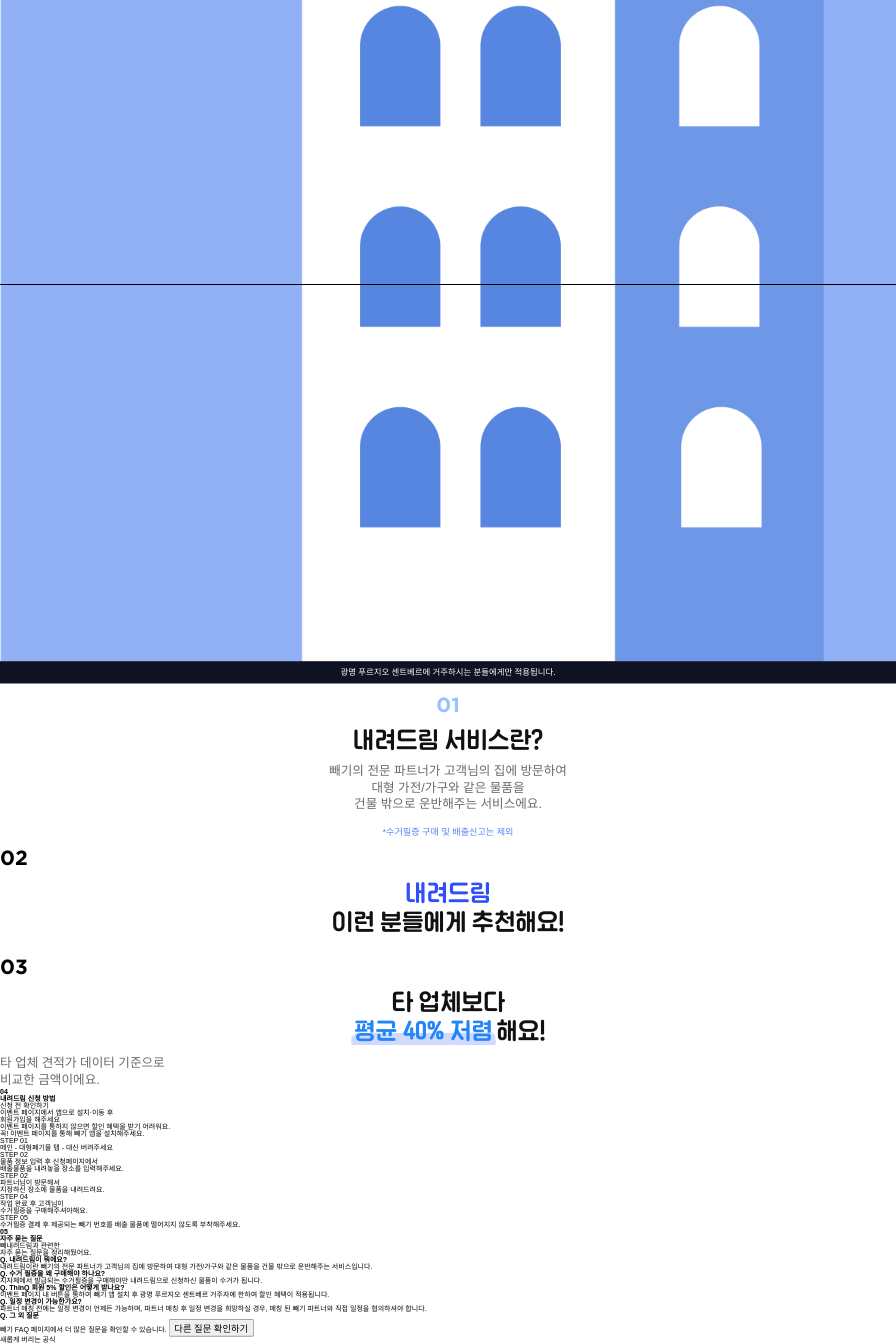
Repository: seraLeeDev/lgthinq-test
Page: index2.html
These files come from the project's save history. The page is drawn as it stood at one moment and after a run of saves; the edit follows.
The browser window is 1280 px wide. The pictures show the part of the page from y = 2498 to 4418 px (the page is 4418 px tall), at 70% of full size.
Some web fonts or font styles are not loaded; a fallback is used.

Above is the page before, as saved 2023-03-14 14:38:57.
Console error: ReferenceError: AOS is not defined

After the next 2 saves:
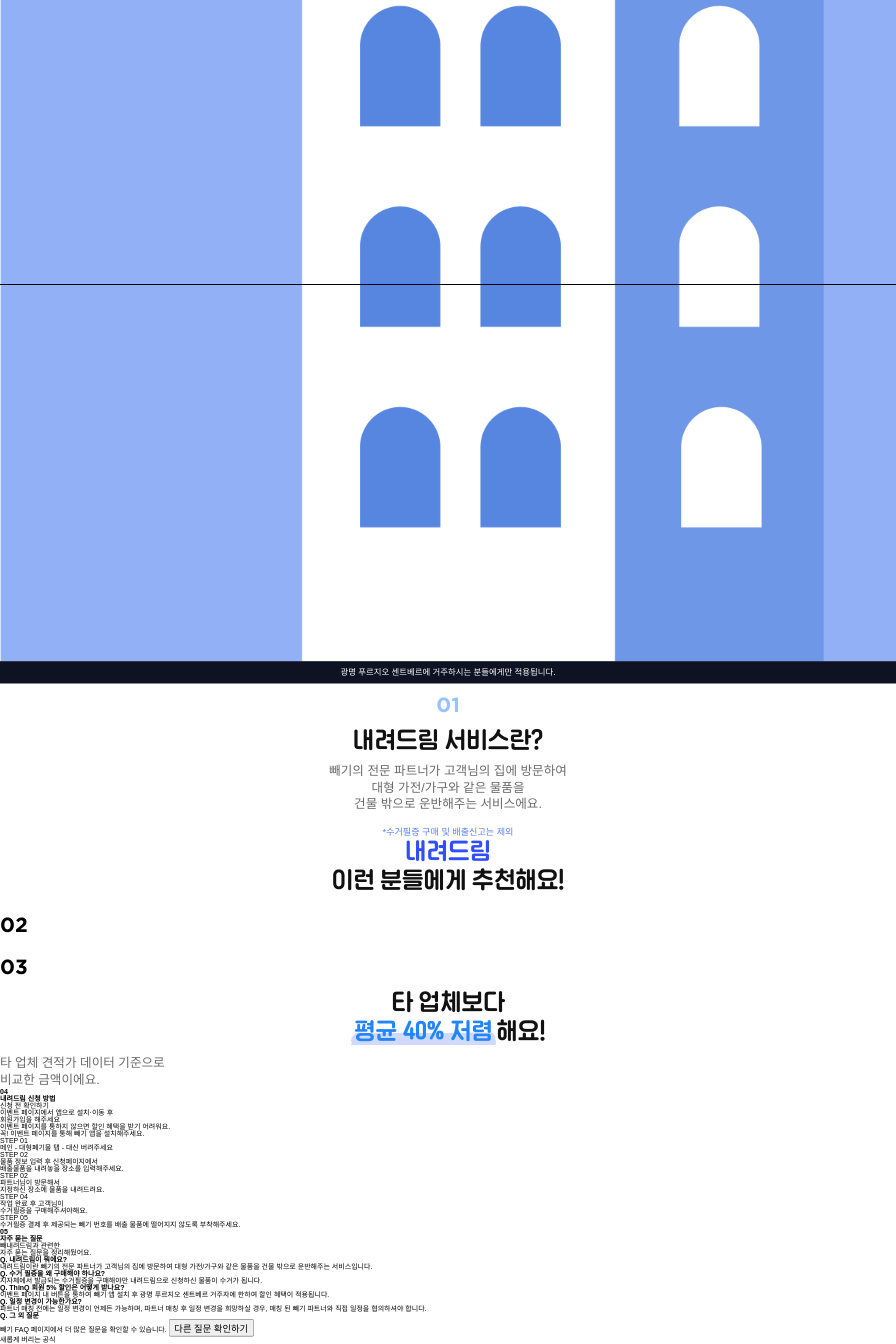
The 2 saves are shown as one change because they came seconds apart.
The last was saved 21 min 27 s later.
--- a/index2.html
+++ b/index2.html
@@ -118,11 +118,13 @@
         </section>
         <!-- 02. 내려드림 추천 -->
         <section>
+          <div class="box-content">
+            <h2 class="GGothic h2">
+              <span class="text-blue-02">내려드림</span><br />
+              이런 분들에게 추천해요!
+            </h2>
+          </div>
           <b class="index">02</b>
-          <h2 class="GGothic h2">
-            <span class="text-blue-02">내려드림</span><br />
-            이런 분들에게 추천해요!
-          </h2>
 
           <div></div>
           <div></div>
